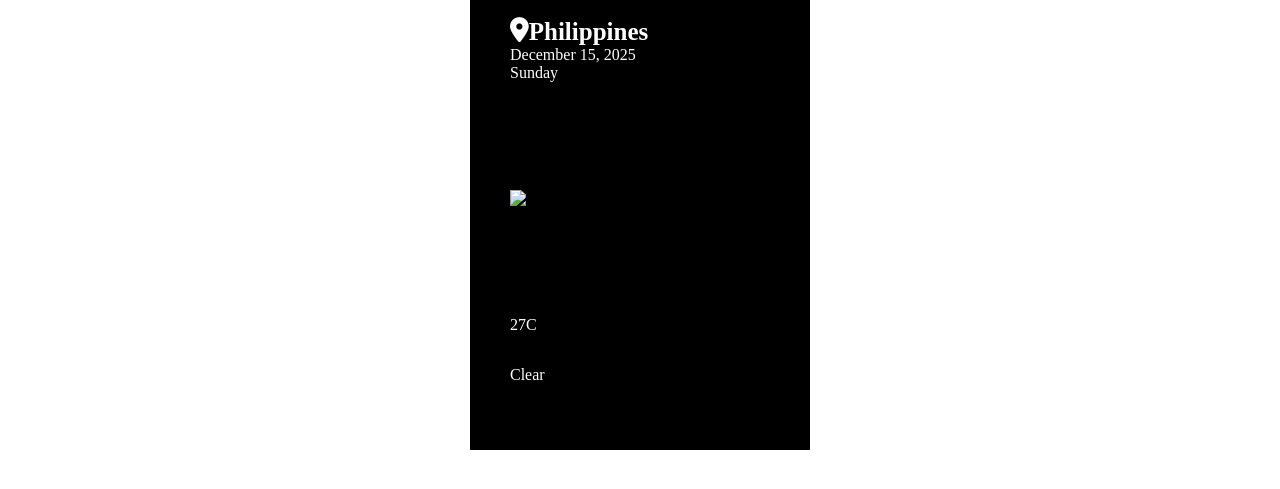
Repository: dmpelaez/weatherApp
Page: WeatherApp.html
These files come from the project's save history. The page is drawn as it stood at one moment and after the next save; the edit follows.
The browser window is 1280 px wide. The pictures show the whole page.
The page's requests for data from a server got no answer.

Above is the page before, as saved 2025-12-14 12:22:31.

After the next save:
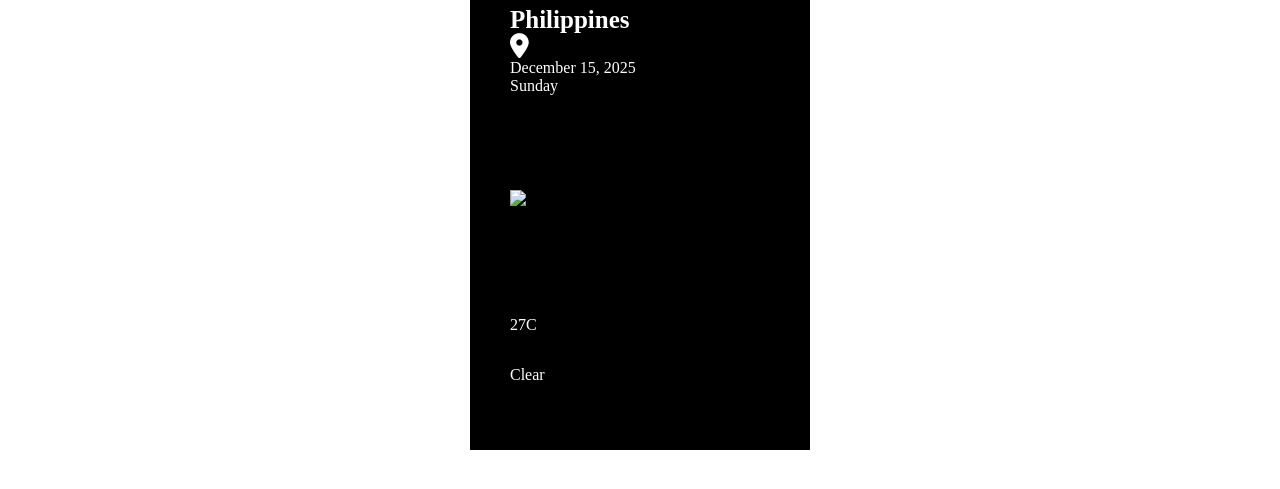
Saved 27 s later.
--- a/WeatherApp.css
+++ b/WeatherApp.css
@@ -35,7 +35,7 @@ display: flex;
   display: flex;
   font-weight: bold;
   font-size: 25px;
-  flex-direction: reverse;
+  flex-direction: column-reverse;
 }
 .country-name i {
   color: rgb(255, 255, 255);
